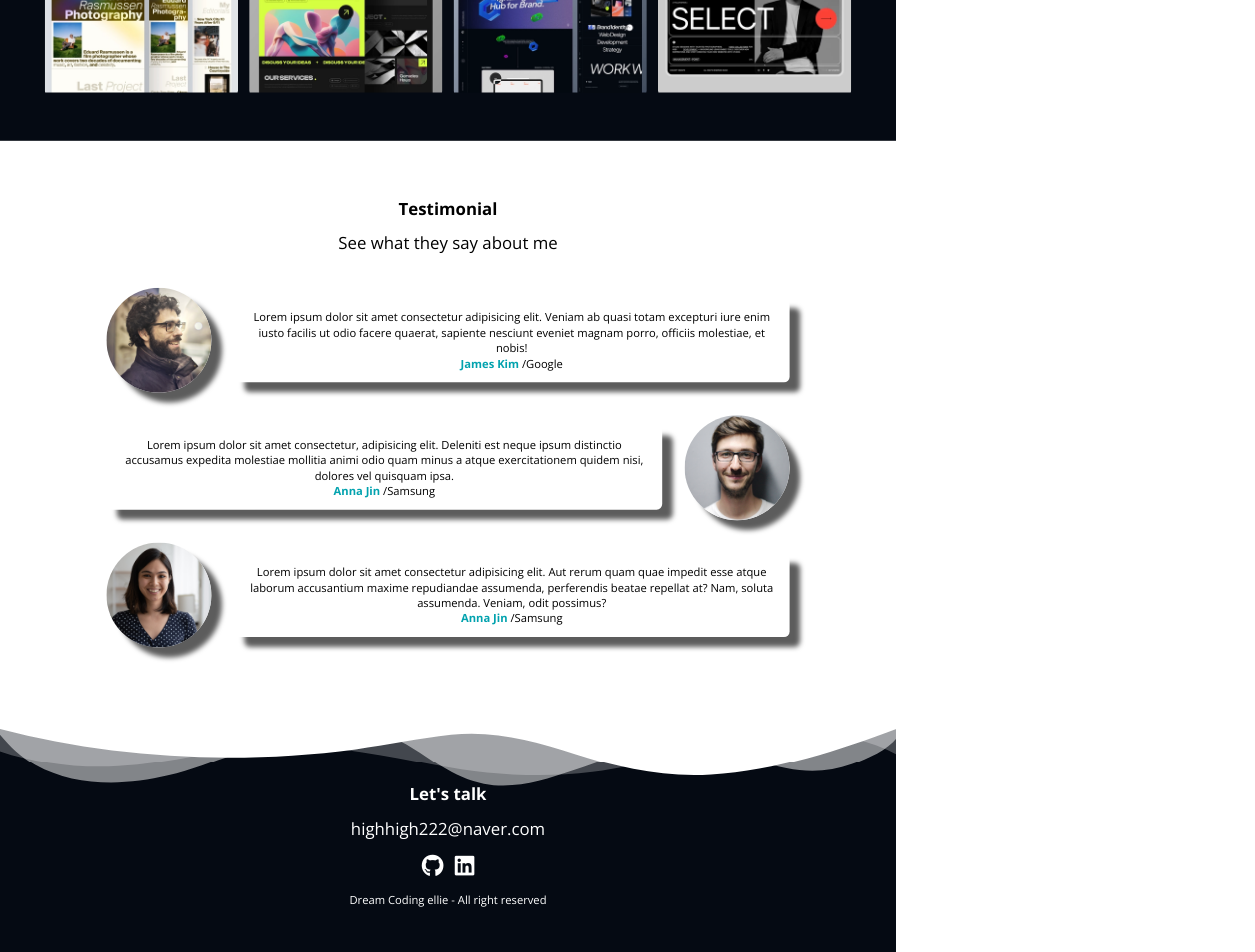
Repository: Arden-Sol/portfolio-website-clone-coding
Page: index.html
These files come from the project's save history. The page is drawn as it stood at one moment and after the next save; the edit follows.
The browser window is 1280 px wide. The page is 1793 px wide, so the pictures cover 1793 px, including what lies to the right of the window. The pictures show the part of the page from y = 2793 to 4153 px (the page is 4153 px tall), at 70% of full size.
Some web libraries are served in a nearby version.

Above is the page before, as saved 2024-04-07 00:10:34.

After the next save:
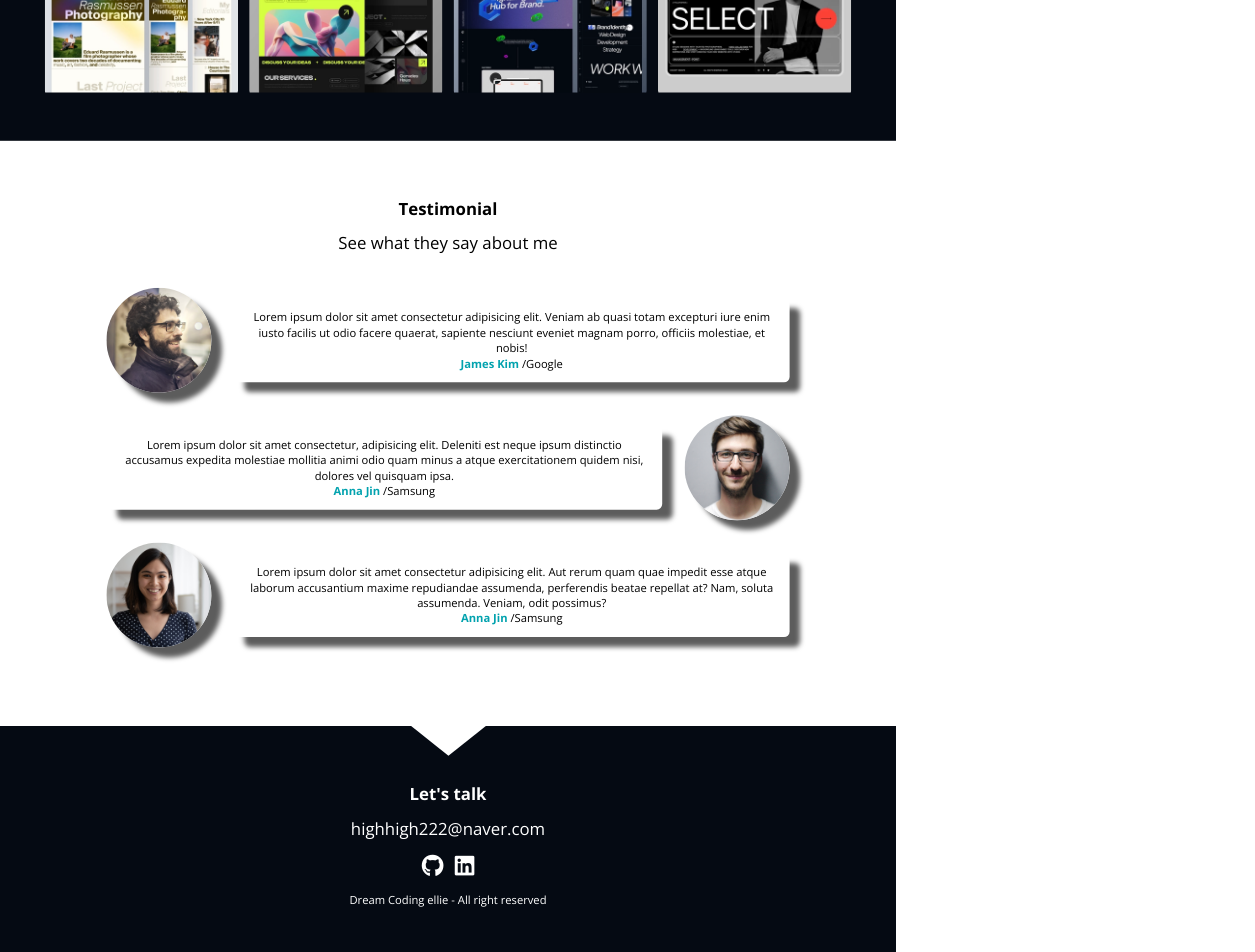
Saved 24 s later.
--- a/css/style.css
+++ b/css/style.css
@@ -453,8 +453,8 @@
   overflow: hidden;
   line-height: 0;
   background-color: var(--color-white);
-  mask: var(--divider-multi-wave);
-  -webkit-mask: var(--divider-multi-wave);
+  mask: var(--divider-arrow);
+  -webkit-mask: var(--divider-arrow);
 }
 
 .contact__links {
